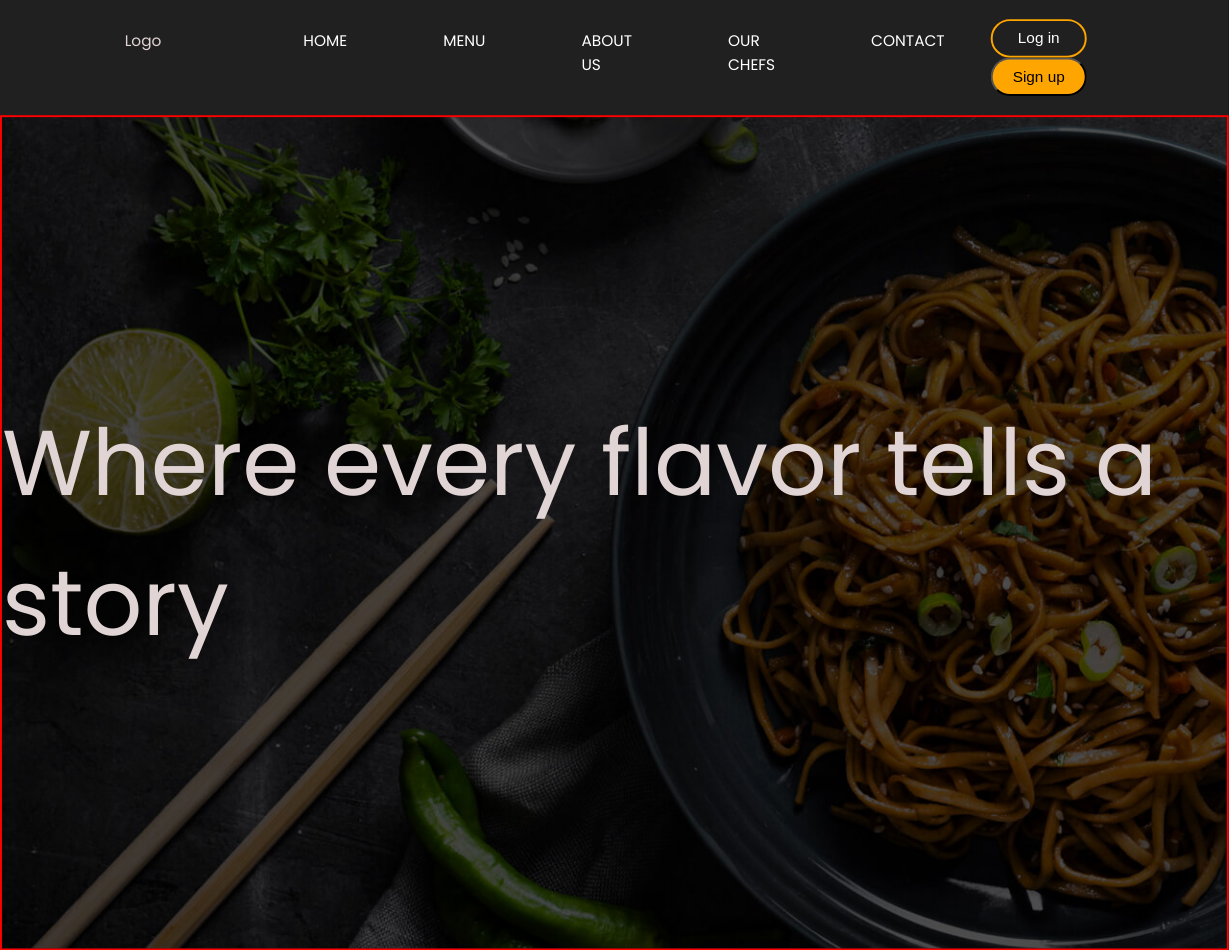
Repository: ThisIsSahaj/NSP
Page: index.html
An editor plug-in stored every save of this project. The page is shown before and after the next save, followed by the edit.
The browser window is 1280 px wide. The pictures show the whole page, at 96% of full size.

Above is the page before, as saved 2023-11-06 13:51:45.

After the next save:
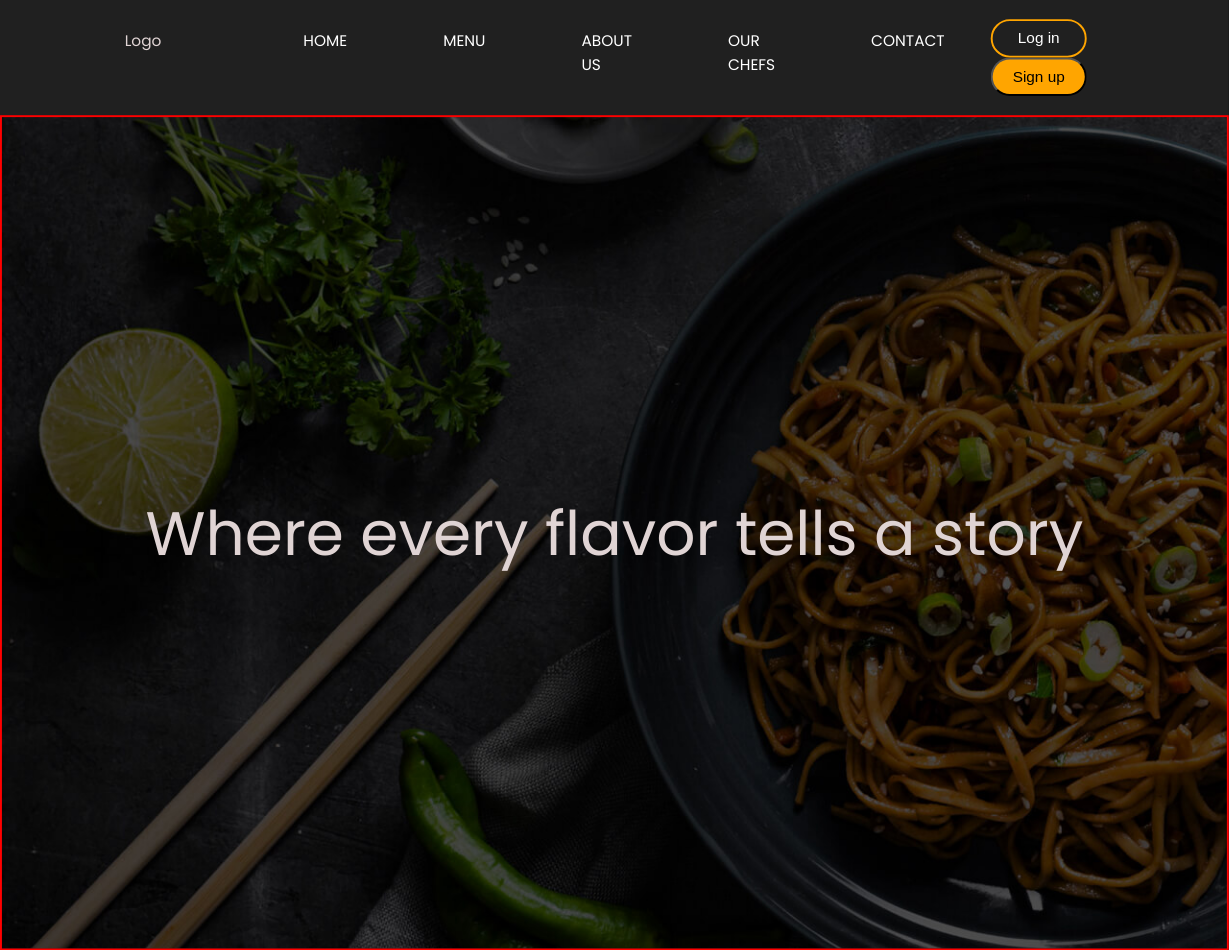
Saved 4 s later.
--- a/style.css
+++ b/style.css
@@ -123,5 +123,5 @@ color: white;
     display: flex;
     justify-content: center;
     align-items: center;
-    font-size: 96px;
+    font-size: 64px;
 }
